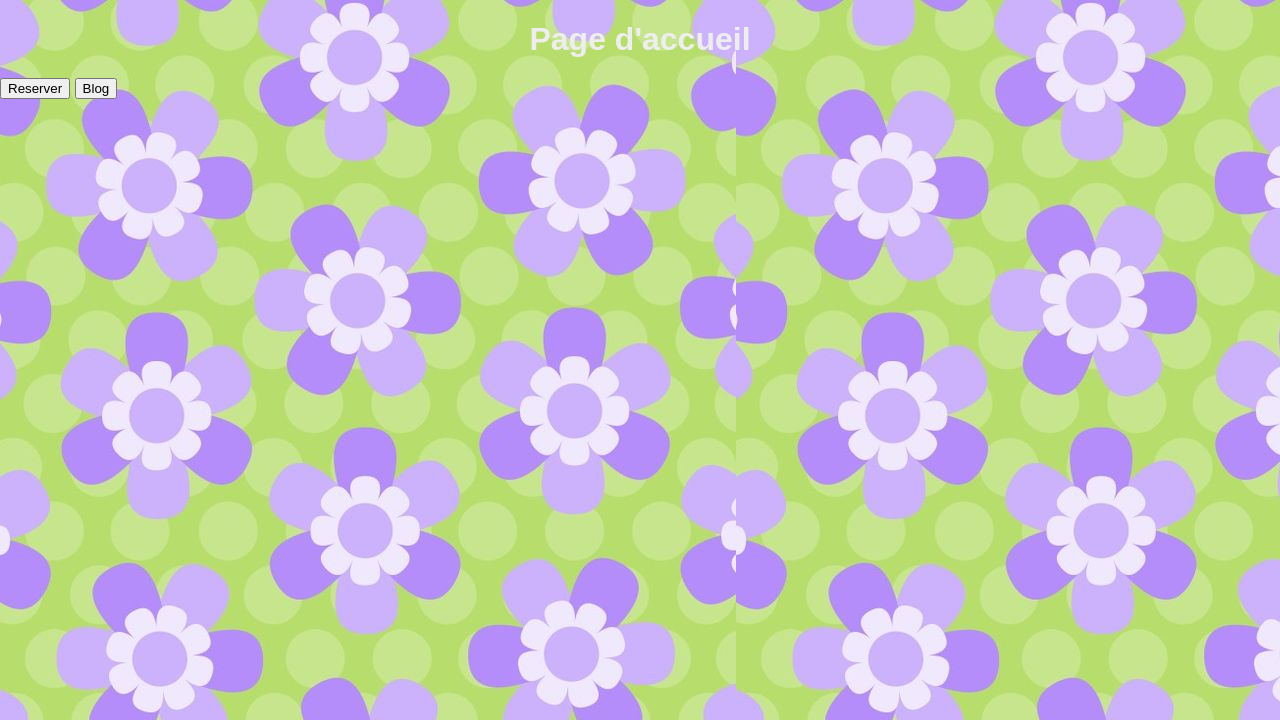
Repository: Crosnierpaul/Les_Rangers_de_Pouvoir
Page: http://localhost/
The author's editor kept a copy of each file at every save. The page is drawn from the files as they stood at one save, then again after a run of saves.
The browser window is 1280 px wide. The pictures show the whole page.
The page is served by the project's Node server (server.js).

Above is the page before, as saved 2024-04-25 21:04:50.

After the next 2 saves:
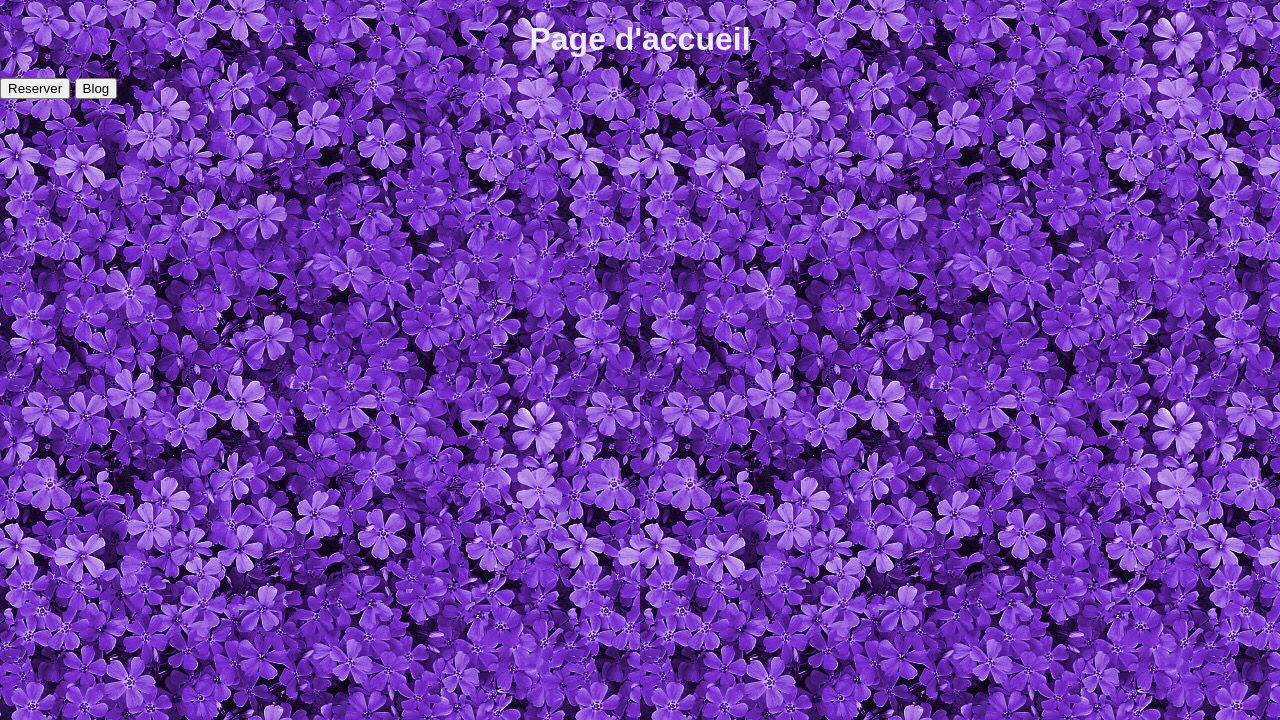
The 2 saves are shown as one change because they came seconds apart.
The last was saved 9 s later.
--- a/site/public/css/style.css
+++ b/site/public/css/style.css
@@ -2,7 +2,7 @@
     font-family: Arial, sans-serif;
     margin: 20px;
     padding: 0;
-    background-image: url("../images/back3.jpg");
+    background-image: url("../images/Purple\ flowers.jpg");
     background-size: scale;
 }
 
